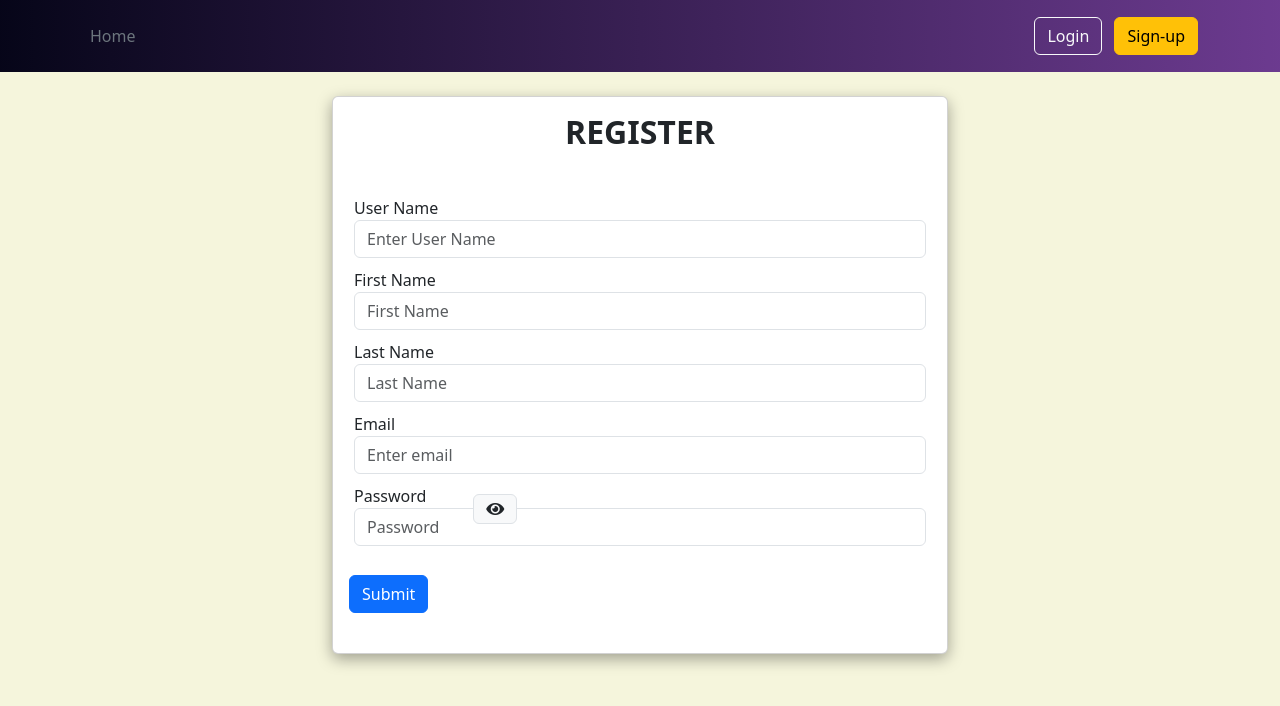
Repository: professorsourabh/php_membership
Page: http://localhost/MVC-Assignment/
An editor plug-in stored every save of this project. The page is shown before and after the next save, followed by the edit.
The browser window is 1280 px wide. The pictures show the whole page.
Some web libraries are served in a nearby version. The page is run by PHP 8.4 with error messages shown; the project is at /var/www/html/.

Above is the page before, as saved 2023-07-09 15:30:52.

### index.php
<?php
session_start();
?>

<html lang="en">
<head>
    <meta charset="UTF-8">
    <meta name="viewport" content="width=device-width, initial-scale=1.0">
    <title>Assesment-Register</title>
    <link href="https://cdn.jsdelivr.net/npm/bootstrap@5.3.0/dist/css/bootstrap.min.css" rel="stylesheet" integrity="sha384-9ndCyUaIbzAi2FUVXJi0CjmCapSmO7SnpJef0486qhLnuZ2cdeRhO02iuK6FUUVM" crossorigin="anonymous">
    <link rel="stylesheet" href="https://cdnjs.cloudflare.com/ajax/libs/font-awesome/5.13.0/css/all.min.css">
    <link rel="stylesheet" href="index.css"></link>
</head>
<body>
    <header class="p-3 bg-dark text-white">
        <div class="container">
          <div class="d-flex flex-wrap align-items-center justify-content-center justify-content-lg-start">


            <ul class="nav col-12 col-lg-auto me-lg-auto mb-2 justify-content-center mb-md-0">
              <li><a href="#" class="nav-link px-2 text-secondary " >Home</a></li>

            </ul>

              <div class="text-end">
              <a type="button" class="btn btn-outline-light me-2" href="login.php">Login</a>
              <a type="button" class="btn btn-warning" href="index.php">Sign-up</a>
            </div>
          </div>
        </div>
      </header>
      <div class="container my-4 col-lg-6">
        <div class="card my-4" style="box-shadow: rgba(0, 0, 0, 0.35) 0px 5px 15px;">
            <div class="card-heading text-center my-3 mx-2">
                <h2 class="text-uppercase fw-bold">Register</h2>
            </div>
            <div class="card-body">
            <?php if (!empty($_SESSION['error_msg'])) { ?>
            <div class="error">
                <div class="alert alert-danger alert-dismissible fade show" role="alert">
                    <?php echo $_SESSION['error_msg']; ?>
                    <button type="button" class="btn-close" data-bs-dismiss="alert" aria-label="Close"></button>
                </div>
            </div>
            <?php
            unset($_SESSION['error_msg']);
        } ?>
         <?php if (!empty($_SESSION['success_msg'])) { ?>
            <div class="error">
                <div class="alert alert-success alert-dismissible fade show" role="alert">
                    <?php echo $_SESSION['success_msg']; ?>
                    <button type="button" class="btn-close" data-bs-dismiss="alert" aria-label="Close"></button>
                </div>
            </div>
            <?php
            unset($_SESSION['success_msg']);
        } ?>

        <form method="post" action="./controller/registerController.php">
            <div class="form-group">
                <label for="exampleInputusername">User Name</label>
                <input type="text" class="form-control" name="username" id="username" placeholder="Enter User Name">
              </div>

              <div class="form-group">
                <label for="exampleInputfirst_name">First Name</label>
                <input type="text" class="form-control" name="firstname" id="first_name" placeholder="First Name">
              </div>
              <div class="form-group">
                <label for="exampleInputlast_name">Last Name</label>
                <input type="text" name="lastname" class="form-control" id="last_name" placeholder="Last Name">
              </div>

            <div class="form-group">
              <label for="exampleInputEmail">Email</label>
              <input type="email" class="form-control" name="email" id="email"  placeholder="Enter email">

            </div>


              <div class="form-group">
                <label for="exampleInputPassword">Password</label>
                <input type="password" class="form-control" name="password" id="exampleInputPassword" placeholder="Password">
                <span class="input-group-text eye-icon" onclick="togglePasswordVisibility('password')">
                            <i class="fas fa-eye"></i>
                        </span>
              </div>


            <button type="submit" class="btn btn-primary my-4">Submit</button>
          </form>

            </div>
        </div>

    </div>







    <script src="https://cdn.jsdelivr.net/npm/bootstrap@5.3.0/dist/js/bootstrap.bundle.min.js" integrity="sha384-geWF76RCwLtnZ8qwWowPQNguL3RmwHVBC9FhGdlKrxdiJJigb/j/68SIy3Te4Bkz" crossorigin="anonymous"></script>
    <script src="./public/project.js">

       </script>
  </body>
</html>

### index.css
*{
    padding: 0;
    margin: 0;
}

body{

    background-color: beige;
}
header{
    background: rgb(5,4,24);
    background: linear-gradient(90deg, rgba(5,4,24,0.9557072829131653) 0%, rgba(134,66,179,0.7400210084033614) 100%);
}
.registration-part{

    padding: 50px;

}
.text-cente{
    text-align: center;
}
div.form-group{
    padding: 5px;
}

.eye-icon {
    cursor: pointer;
    position: absolute;
    top: 70%;
    right: 70%;
    transform: none;
    margin-top: 0.5rem;
}

### public/project.js
function togglePasswordVisibility(inputId) {
    var input = document.getElementById(inputId);
    if (input.type === "password") {
        input.type = "text";
    } else {
        input.type = "password";
    }
}

After the next save:
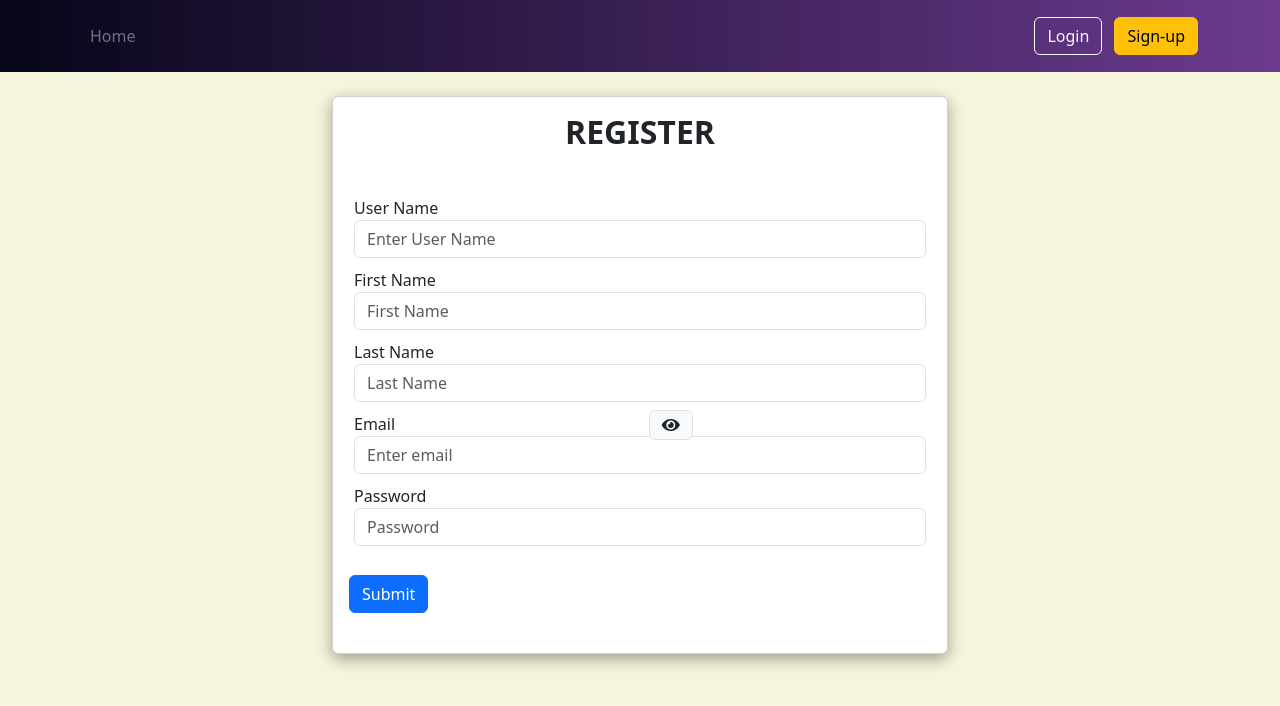
Saved 68 s later.
--- a/index.css
+++ b/index.css
@@ -24,10 +24,15 @@ div.form-group{
 }
 
 .eye-icon {
-    cursor: pointer;
+    /* cursor: pointer;
     position: absolute;
     top: 70%;
     right: 70%;
     transform: none;
-    margin-top: 0.5rem;
+    margin-top: 0.5rem; */
+
+    position: absolute;
+    top: 59%;
+    left: 55%;
+    transform: translate(-50%, -50%);
 }
